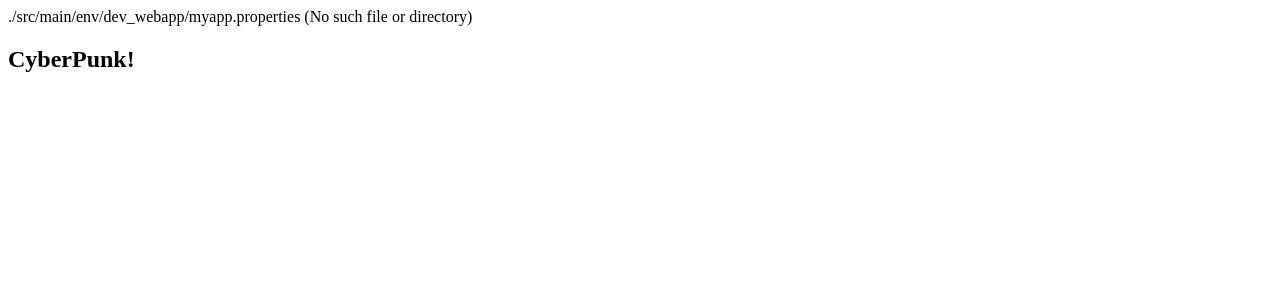
Repository: jaiswalshivam124/first-repo
Page: http://localhost/ideMaven4/
An editor plug-in stored every save of this project. The page is shown before and after the next save, followed by the edit.
The browser window is 1280 px wide. The pictures show the whole page.
The page is served by Tomcat 9.

Above is the page before, as saved 2020-08-22 18:45:20.

After the next save:
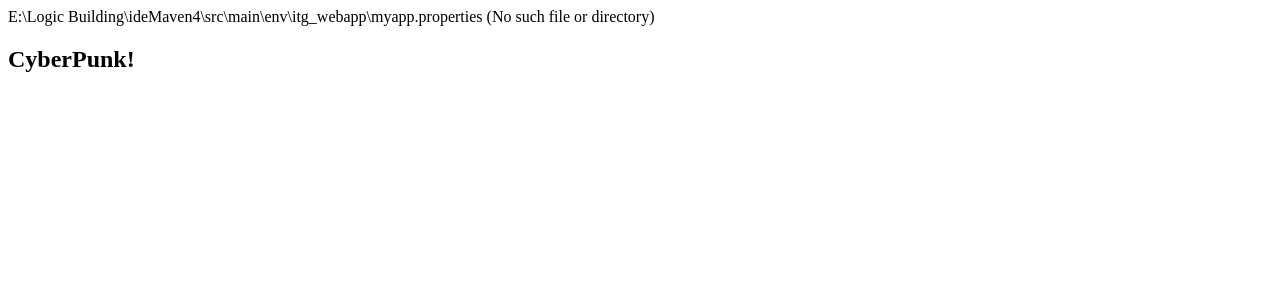
Saved 10 min 57 s later.
--- a/Logic Building/ideMaven4/src/main/webapp/index.jsp
+++ b/Logic Building/ideMaven4/src/main/webapp/index.jsp
@@ -6,7 +6,7 @@
 <%
 try
 {
-    FileInputStream fis = new FileInputStream("./src/main/env/dev_webapp/myapp.properties");
+    FileInputStream fis = new FileInputStream("E:\\Logic Building\\ideMaven4\\src\\main\\env\\itg_webapp\\myapp.properties");
     Properties p = new Properties();
     p.load(fis);
     String LogFileName = p.getProperty("msg");
